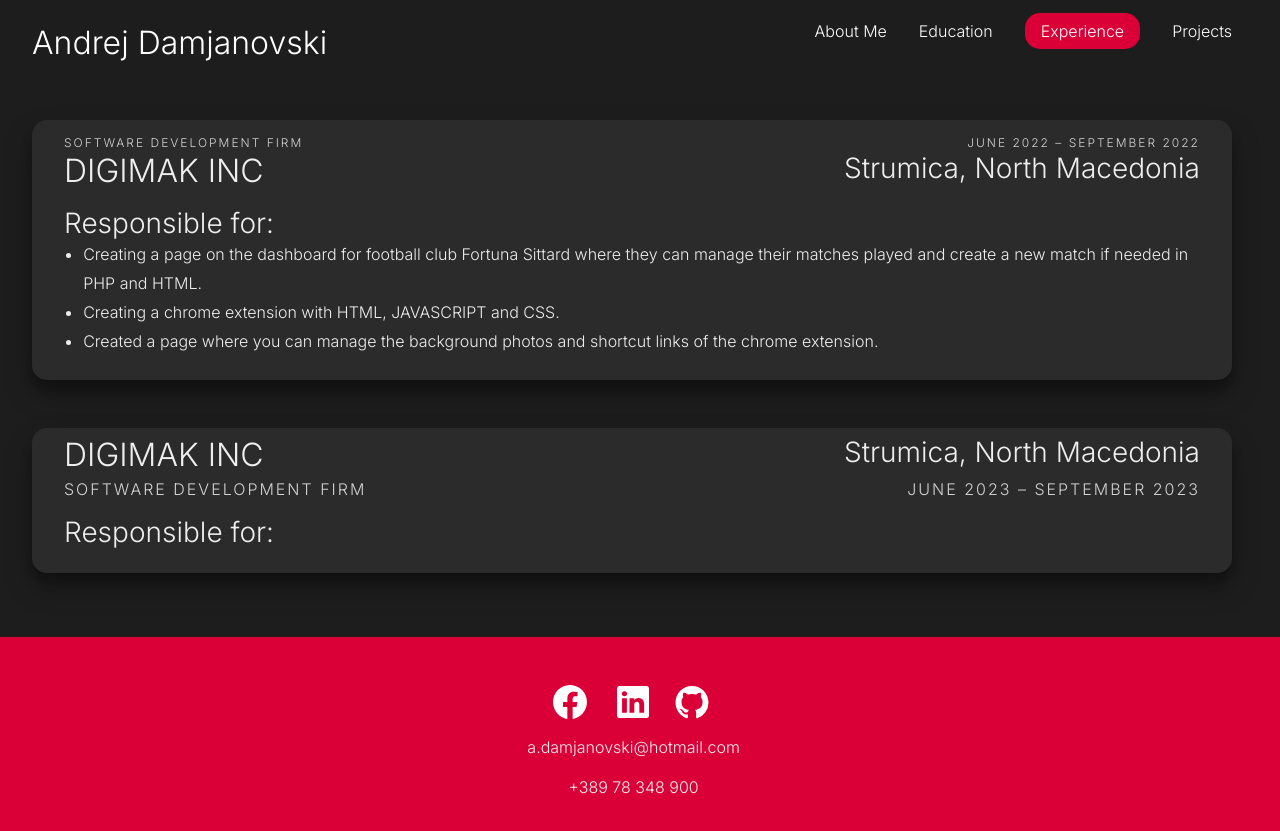
Repository: ADamjanovski/portfolio
Page: experience.html
The author's editor kept a copy of each file at every save. The page is drawn from the files as they stood at one save, then again after the next save.
The browser window is 1280 px wide. The pictures show the whole page.

Above is the page before, as saved 2023-07-03 11:57:17.

After the next save:
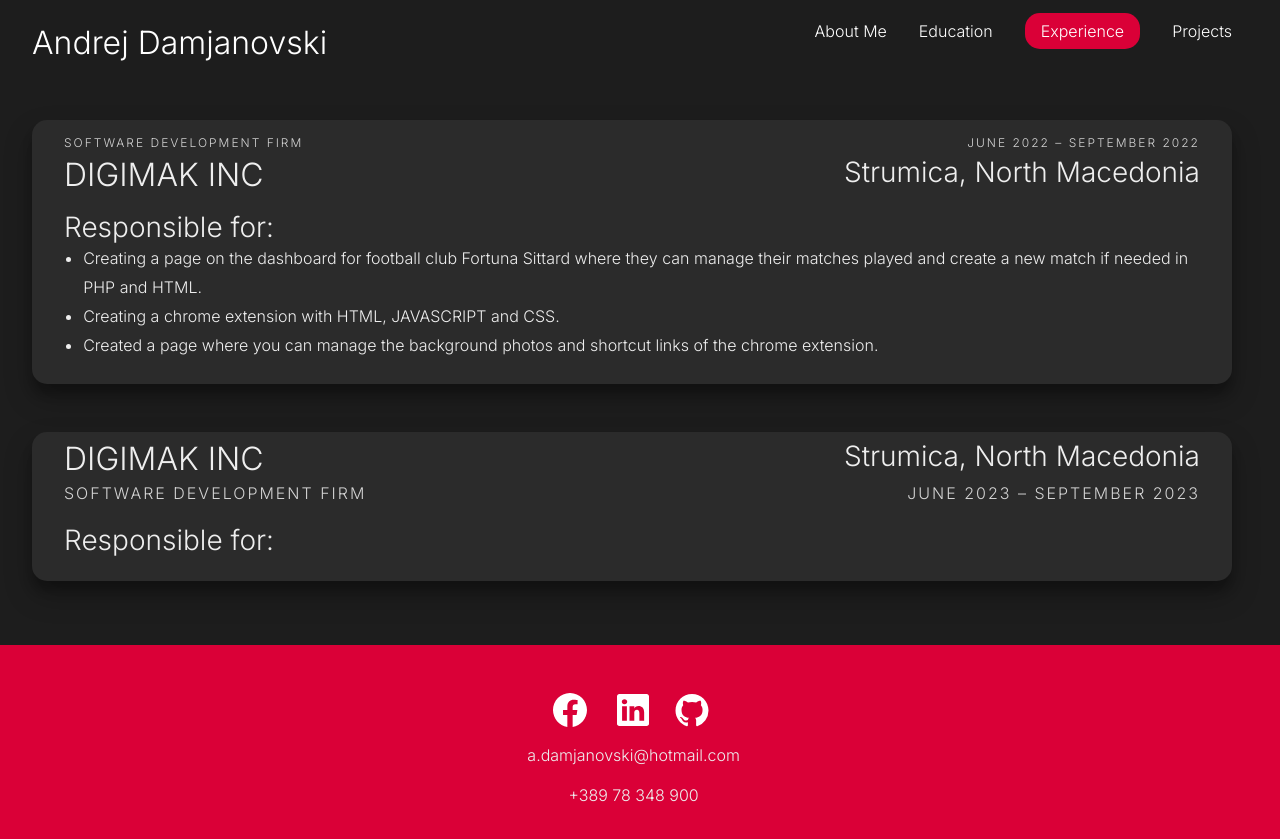
Saved 11 s later.
--- a/style.css
+++ b/style.css
@@ -134,7 +134,7 @@
     letter-spacing: 2px;
 
     padding:0rem;
-    margin:.4rem 0 0rem 0;
+    margin:.4rem 0 0.25rem 0;
 }
 
 .role > p {
